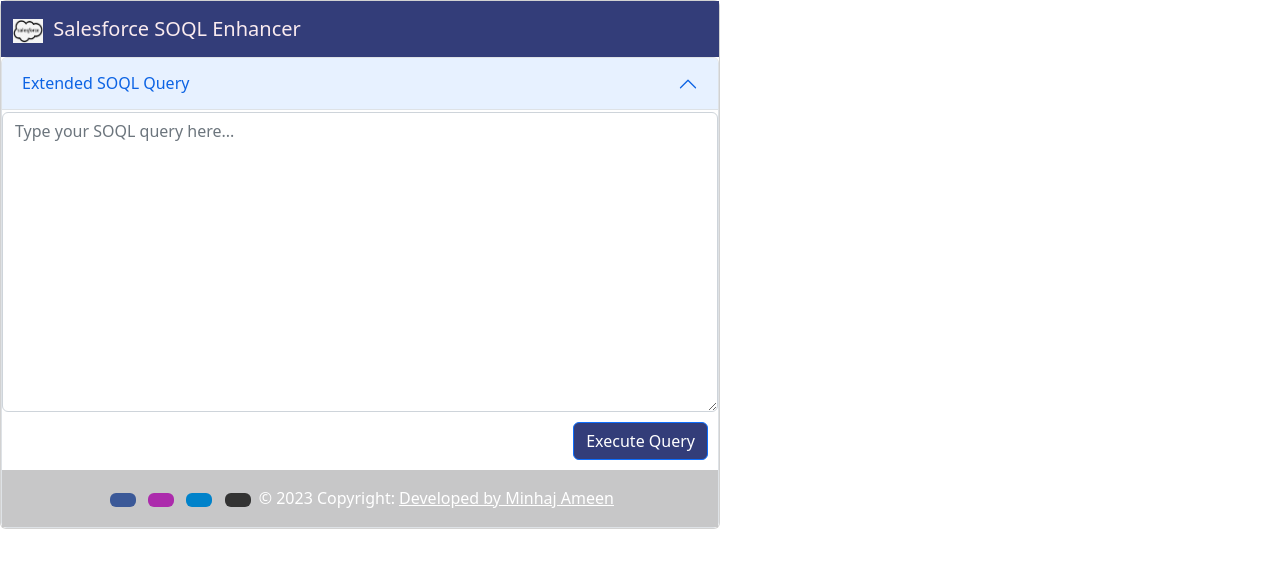
Repository: anweshpargi/salesforceExtension
Page: popup.html
An editor plug-in stored every save of this project. The page is shown before and after the next save, followed by the edit.
The browser window is 1280 px wide. The pictures show the whole page.

Above is the page before, as saved 2023-08-28 10:48:03.
Not found: js/jsforce.js

### popup.html
<!DOCTYPE html>
<html lang="en">

<head>
    <meta charset="UTF-8">
    <meta http-equiv="X-UA-Compatible" content="IE=edge">
    <meta name="viewport" content="width=device-width, initial-scale=1.0">
    <link rel="stylesheet" href="bootstrap/css/bootstrap.min.css">

    <script src="bootstrap/js/bootstrap.min.js" type="text/javascript"></script>
    <script src="js/jsforce.js" type="text/javascript"></script>
    <!-- JavaScript Bundle with Popper -->

    <title> Salesforce Test Class Data Generator</title>
</head>


<body style="width: 720px">
    <div class="card">
        <nav class="navbar" style="background-color: #333D79FF;">
            <div class="container-fluid">
                <a class="navbar-brand" style="color: #FAEBEFFF;" href="#">
                    <img src="/icon.png" alt="Logo" width="30" height="24" style="margin-right: 5px;"
                        class="d-inline-block">
                    Salesforce SOQL Enhancer
                </a>
            </div>
        </nav>

        <div class="accordion" id="accordionExample">
            <div class="accordion-item">
                <h2 class="accordion-header" id="headingOne">
                    <button class="accordion-button" type="button" data-bs-toggle="collapse"
                        data-bs-target="#collapseOne" aria-expanded="true" aria-controls="collapseOne">
                        Extended SOQL Query
                    </button>
                </h2>
                <div id="collapseOne" class="accordion-collapse collapse show" aria-labelledby="headingOne"
                    data-bs-parent="#accordionExample">

                    <div class="">
                        <textarea style="margin-top: 2px; height: 300px;" class="form-control"
                            placeholder="Type your SOQL query here..." id="floatingtextarea"></textarea>
                    </div>
                    <div style="text-align: right; margin: 10px;">
                        <span id="loader" style="display: none;">
                            <span class="spinner-border text-primary"  role="status"></span>
                            <span style="color: darkblue;"> &nbsp; Processing wait... </span>
                            <span style="color: darkblue;" id="count">  </span>&nbsp;
                        </span>
                        <span>
                            <button class="btn btn-success"  style="display: none;" id="downloadExcel" type="">Download Excel</button>
                        </span>
                        <button class="btn btn-primary" style="background-color: #333D79FF;"  id="getbutton" type="">Execute Query</button>
                    </div>
                </div>

                <div class="bg-light text-center text-white">

                    <div class="text-center p-3" style="background-color: rgba(0, 0, 0, 0.2);">

                    <a
                        class="btn text-white btn-floating m-1"
                        style="background-color: #3b5998;"
                        href="#!"
                        role="button"
                        ><i class="fab fa-facebook-f"></i
                      ></a>

                      <!-- Instagram -->
                      <a
                        class="btn text-white btn-floating m-1"
                        style="background-color: #ac2bac;"
                        href="#!"
                        role="button"
                        ><i class="fab fa-instagram"></i
                      ></a>

                      <!-- Linkedin -->
                      <a
                        class="btn text-white btn-floating m-1"
                        style="background-color: #0082ca;"
                        href="#!"
                        role="button"
                        ><i class="fab fa-linkedin-in"></i
                      ></a>
                      <!-- Github -->
                      <a
                        class="btn text-white btn-floating m-1"
                        style="background-color: #333333;"
                        href="#!"
                        role="button"
                        ><i class="fab fa-github"></i
                      ></a>
                      © 2023 Copyright:
                      <a class="text-white" href="#">Developed by Minhaj Ameen</a>
                    </div>

                </div>

            </div>
        </div>
    </div>

</body>
<script type="text/javascript" src="js/popup.js"></script>
<script type="text/javascript" src="js/xlsx.full.min.js"></script>

</html>

### js/popup.js
//store connection... con object
var conn = undefined;
var inputQuery = undefined;

console.log('popup js loaded succesfully')
document.querySelector('#getbutton').addEventListener('click', () => {
  console.log('XLSX ' + XLSX);
  console.log('method invoked on button click')
  chrome.tabs.query({ active: true, currentWindow: true }, (tabs) => {
    console.log('inside tabs query')
    var tab = tabs[0]
    var instanceUrl = tab.url.split('.')[0] + '.my.salesforce.com'
    console.log(tab)
    var domainUrl = new URL(tab.url)
    var sessionId = undefined
    if (
      tab.url &&
      (tab.url.includes('.lightning.force.com') ||
        tab.url.includes('.salesforce.com'))
    ) {
      var port = chrome.runtime.connect({ name: 'knockknock' })
      port.postMessage({ host: instanceUrl.replace('https://', '') })
      port.onMessage.addListener(function (msg) {
        console.log('response from backgroundjs' + msg.ssid)
        sessionId = msg.ssid
        if (sessionId) {
          console.log('session id received  ', sessionId)
          conn = new jsforce.Connection({
            serverUrl: instanceUrl,
            instanceUrl: instanceUrl,
            sessionId: sessionId,
            version: '50.0',
          }) //jsforce
          console.log('connection', conn)
          getQueryInput()
        } else {
          alert('Salesforce Session Not found')
        }
      })
    } else {
      alert(
        'Not a Salesforce Domain!, Keep Salesforce Tab Active and Run again',
      )
    }
  })
})

function getQueryInput() {
  try {
    if (conn) {
      inputQuery = document
        .querySelector('#floatingtextarea')
        .value.replace(/\s\s+/g, ' ')
        .trim()
      console.log('Input query by user >> ' + inputQuery)
      processQuery(inputQuery);
    } else {
      alert('Connection not available')
    }
  } catch (error) {
    alert('Something went wrong ' + error.name)
  }
}

var records = [];
var processedQueries = [];
var recordCount = 0;
var countElement = undefined;

async function processQuery(query) {
  countElement = document.getElementById('count');
  recordCount = 0;
  records = [];
  processedQueries = [];
  try {
    isDisableExecute(true);
    showDownloadExcel(false);
    showSpinner(true);
    var match = query.match(/\(([^)]+)\)/i)
    if (match && query.length > 4000) {
      console.log('match and lenght pass');
      var valuesString = match[1];
      console.log('valuesString>> ' + valuesString);
      var valuesList = valuesString.split(',');

      var batchSize = 100;

      for (let i = 0; i < valuesList.length; i += batchSize) {
        // Slice a batch of values
        var batch = valuesList.slice(i, i + batchSize);
        // Join batch values with commas to create a new values string
        var batchValuesString = batch.join(',');

        // Replace values within parentheses with the batch values
        var modifiedQuery = query.replace(valuesString, batchValuesString);
        //console.log('modifiedQurery  >>' + modifiedQuery);
        // Store the modified query in the processedQueries array
        processedQueries.push(modifiedQuery);
        console.log('count ' + i);
        await executeQueryToDatabase(modifiedQuery);
      }
      console.log('final records length ' + records.length);
      console.log('records stingify ' + JSON.stringify(records));
      showSpinner(false);
      showDownloadExcel(true);
      isDisableExecute(false);
      //return processedQueries;
      //executeQueryToDatabase(query);
    } else {
      executeQueryToDatabase(query);
      showSpinner(false);
      showDownloadExcel(true);
      isDisableExecute(false);
    }
  } catch (error) {
    showSpinner(false);
    isDisableExecute(false);
    showDownloadExcel(false);
    alert(error.name)
    console.log(error)
  }
}

async function executeQueryToDatabase(inputQuery) {
  console.log('modified Query ' + inputQuery);
  var query = await conn
    .query(inputQuery)
    .on('record', function (record) {
      // console.log('@@ records push' + record.length)
      ++recordCount;
      console.log('@@@ ' + recordCount);
      countElement.innerHTML = recordCount;
      let { attributes, ...rec } = record;
      records.push(rec);
      // console.log('records output' + records)
    })
    .on('end', function () {
      console.log('@@ total in database : ' + query.totalSize)
      console.log('@@ total fetched : ' + query.totalFetched)
    })
    .on('error', function (err) {
      alert('ERROR NAME: ' + err.name)
      console.error(err)
    })
    .run({ autoFetch: true, maxFetch: 100000 })
}


document.querySelector('#downloadExcel').addEventListener('click', function() {
  console.log('clicked button excel');
  const exportButton = document.getElementById('downloadExcel');
  console.log('exportButton  ' + exportButton);
  console.log('XLSX' + XLSX);

  // const data = [
  //   { Name: 'John', Age: 30 },
  //   { Name: 'Jane', Age: 25 }
  // ];


  const ws = XLSX.utils.json_to_sheet(records);
  const wb = XLSX.utils.book_new();
  XLSX.utils.book_append_sheet(wb, ws, 'Sheet1');

  // Convert the workbook to an ArrayBuffer
  const wbArrayBuffer = XLSX.write(wb, { bookType: 'xlsx', type: 'array' });

  // Create a Blob from the ArrayBuffer
  const blob = new Blob([wbArrayBuffer], {
    type: 'application/vnd.openxmlformats-officedocument.spreadsheetml.sheet'
  });

    const url = URL.createObjectURL(blob);

    const a = document.createElement('a');
    a.href = url;
    const currentDatetime = new Date().toISOString().replace(/[-:.]/g, '');

    const encodedFileName = encodeURIComponent(`exported_data_${currentDatetime}.xlsx`);

    a.download = encodedFileName;
    a.click();

    // Clean up
    setTimeout(function() {
      URL.revokeObjectURL(url);
    }, 0);
    alert(`${encodedFileName} downloaded succefully`);
});

function showSpinner(isShow){
  if(isShow){
    console.log('isshowspinner true');
    document.getElementById('loader').style.display = "inline";
  }else{
    document.getElementById('loader').style.display = "none";
  }
}

function showDownloadExcel(isShow){
  if(isShow){
    document.getElementById('downloadExcel').style.display = "inline";
  }else{
    document.getElementById('downloadExcel').style.display = "none";
  }
}

function isDisableExecute(isDisable){
    document.getElementById('getbutton').disabled = isDisable;
}

Loaded but not shown: bootstrap/css/bootstrap.min.css (library); bootstrap/js/bootstrap.min.js (library); js/xlsx.full.min.js (library)

After the next save:
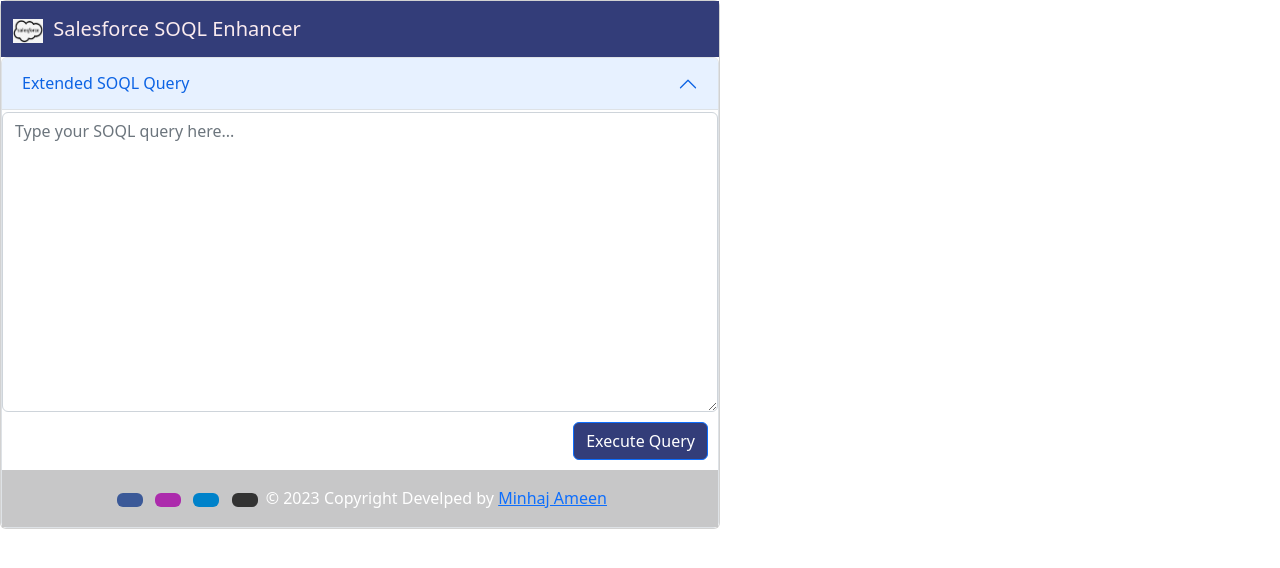
Saved 2 min 10 s later.
--- a/popup.html
+++ b/popup.html
@@ -92,8 +92,8 @@
                         role="button"
                         ><i class="fab fa-github"></i
                       ></a>
-                      © 2023 Copyright:
-                      <a class="text-white" href="#">Developed by Minhaj Ameen</a>
+                      © 2023 Copyright Develped by
+                      <a class="S" href="https://www.instagram.com/_spartann__/"> Minhaj Ameen</a>
                     </div>
 
                 </div>
